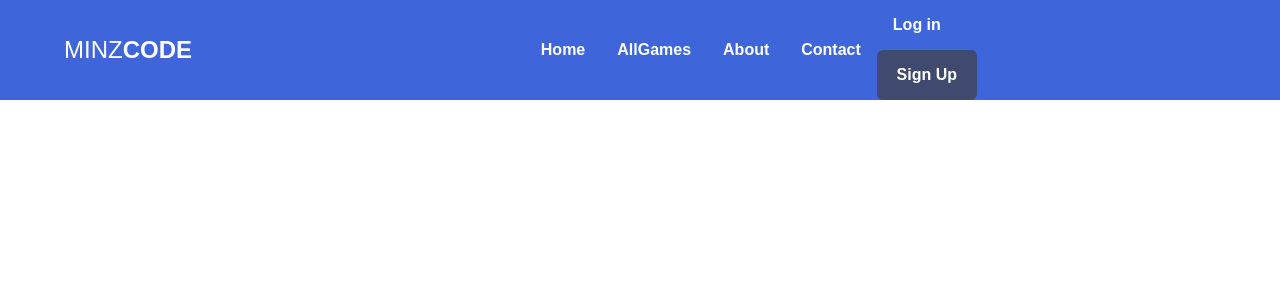
Repository: Fariaddd/New-CA-
Page: index.html
An editor plug-in stored every save of this project. The page is shown before and after the next save, followed by the edit.
The browser window is 1280 px wide. The pictures show the whole page.

Above is the page before, as saved 2021-11-14 13:41:12.

### index.html
<!DOCTYPE html>
<html lang="en">
  <head>
    <meta charset="UTF-8" />
    <meta http-equiv="X-UA-Compatible" content="IE=edge" />
    <meta name="viewport" content="width=device-width, initial-scale=1.0" />
    <title>Homepage</title>
    <link rel="stylesheet" href="./css/styles.css" />
  </head>
  <body>
    <header>
    </div>
      <nav>
        <input id="nav-toggle" type="checkbox" />
        <div class="logo">MINZ<strong>CODE</strong></div>
        <ul class="links">
          <li><a href="index.html">Home</a></li>
          <li><a href="allgames.html">AllGames</a></li>
          <li><a href="about.html">About</a></li>
          <li><a href="contact.html">Contact</a></li>
          <div>
            <a href="./login.html" class="linkss">Log in</a>
            <button class="button button-signup">
              <a href="./signup.html" class="links">Sign Up</a>
            </button>
          </div>
        </div>
        </ul>
        <label for="nav-toggle" class="icon-burger">
          <div class="line"></div>
          <div class="line"></div>
          <div class="line"></div>
        </label>
      </nav>
    </header>
  </body>
</html>

### css/styles.css
body {
  padding: 0;
  margin: 0;
}
.container {
  position: relative;
  margin-top: 100px;
}
.container img {
  display: block;
  width: 100%;
}

nav {
  position: fixed;
  z-index: 10;
  left: 0;
  right: 0;
  top: 0;
  font-family: "Montserrat", sans-serif;
  padding: 0 5%;
  height: 100px;
  background-color: #3e65da;
}

.button {
  background-color: var(--button-links-color);
  color: white;
  border-radius: 6px;
  border: none;
  height: 40px;
  font-size: 1em;
  cursor: pointer;
}

:root {
  --button-links-color: #404a6f;
  --upload-link-color: #4a7373;
}

button {
  width: 100%;
}

.search-desktop {
  list-style: none;
}

.login-signup,
.logo-desktop {
  display: none;
}

.linkss {
  font-weight: 700;
  text-decoration: none;
  color: var(--button-links-color);
}

nav .logo {
  float: left;
  width: 40%;
  height: 100%;
  display: flex;
  align-items: center;
  font-size: 24px;
  color: #fff;
}
nav .links {
  float: center;
  padding: 0;
  margin: 0;
  width: 100px;
  height: 100%;
  display: flex;
  justify-content: space-around;
  align-items: center;
}

nav .button,
.linkss {
  float-right: 50px;

  padding: 0;
  margin: 0;
  width: 100px;
  height: 100%;
  display: flex;
}

nav .links li {
  list-style: none;
}
nav .links a {
  display: block;
  padding: 1em;
  font-size: 16px;
  font-weight: bold;
  color: #fff;
  text-decoration: none;
}
#nav-toggle {
  position: absolute;
  top: -100px;
}
nav .icon-burger {
  display: none;
  position: absolute;
  right: 5%;
  top: 50%;
  transform: translateY(-50%);
}
nav .icon-burger .line {
  width: 30px;
  height: 5px;
  background-color: #fff;
  margin: 5px;
  border-radius: 3px;
  transition: all 0.3s ease-in-out;
}
@media screen and (max-width: 768px) {
  nav .logo {
    float: none;
    width: auto;
    justify-content: center;
  }

  .button-signup {
    width: 100px;
    height: 40px;
  }
  nav .links {
    float: none;
    position: fixed;
    z-index: 9;
    left: 0;
    right: 0;
    top: 100px;
    bottom: 100%;
    width: auto;
    height: auto;
    flex-direction: column;
    justify-content: space-evenly;
    background-color: rgba(0, 0, 0, 0.8);
    overflow: hidden;
    box-sizing: border-box;
    transition: all 0.5s ease-in-out;
  }
  nav .links a {
    font-size: 20px;
  }
  nav :checked ~ .links {
    bottom: 0;
  }
  nav .icon-burger {
    display: block;
  }
  nav :checked ~ .icon-burger .line:nth-child(1) {
    transform: translateY(10px) rotate(225deg);
  }
  nav :checked ~ .icon-burger .line:nth-child(3) {
    transform: translateY(-10px) rotate(-225deg);
  }
  nav :checked ~ .icon-burger .line:nth-child(2) {
    opacity: 0;
  }
}

After the next save:
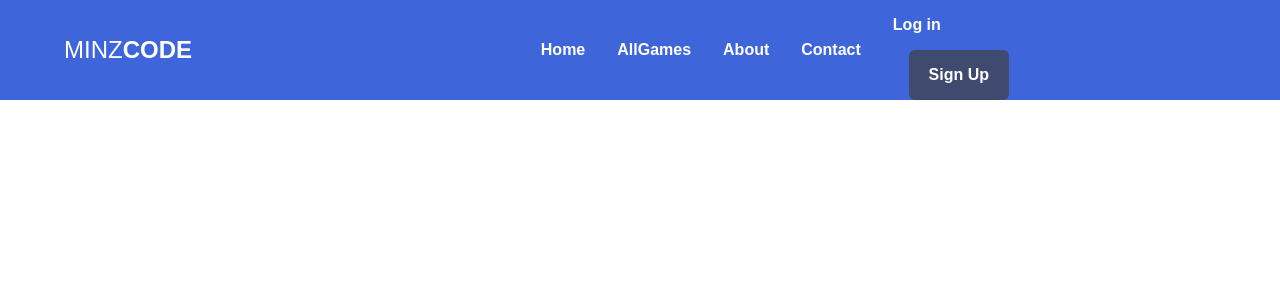
Saved 16 s later.
--- a/css/styles.css
+++ b/css/styles.css
@@ -79,8 +79,7 @@
 
 nav .button,
 .linkss {
-  float-right: 50px;
-
+  float: right;
   padding: 0;
   margin: 0;
   width: 100px;
